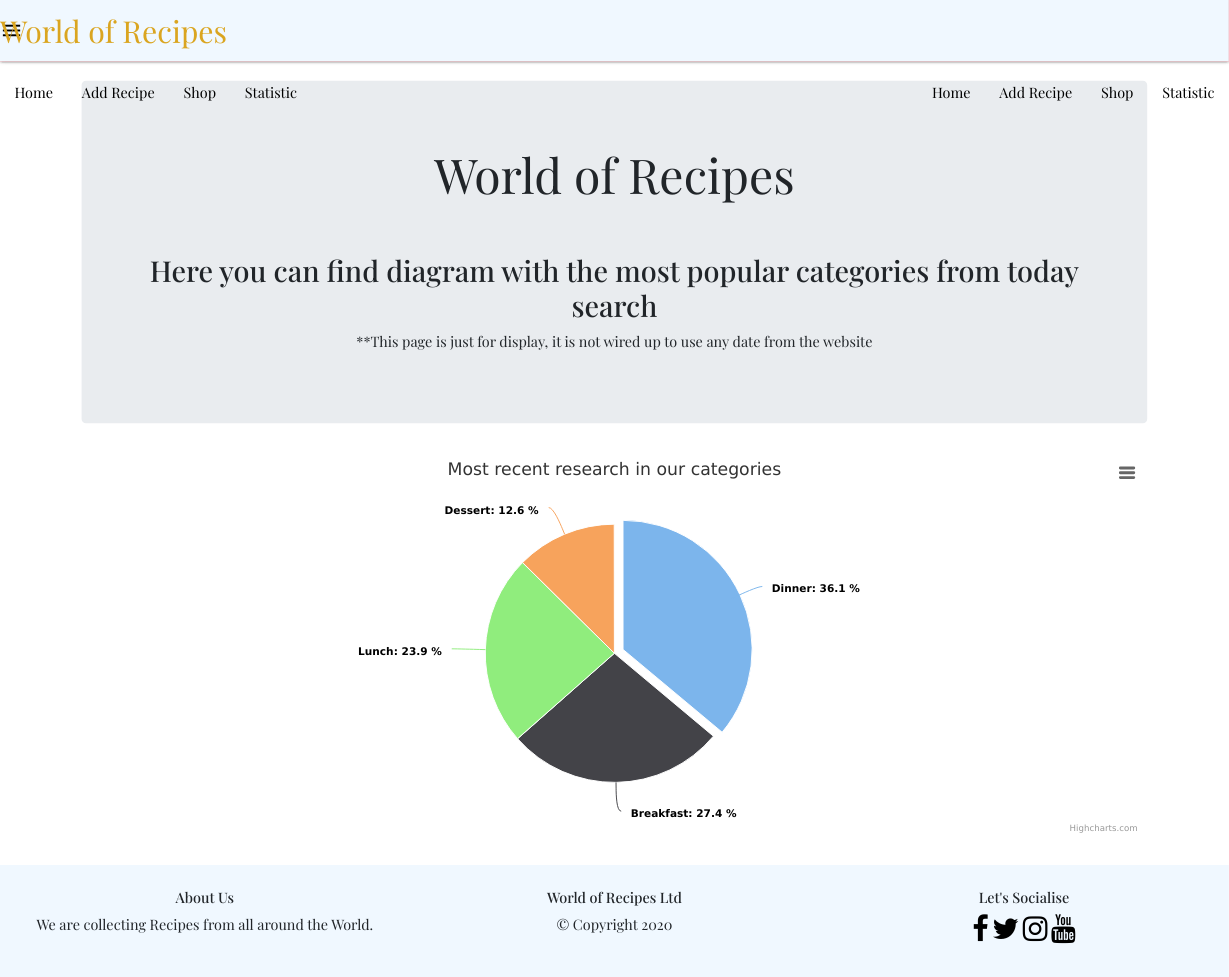
Repository: MarzDell/worldofrecipes
Page: http://localhost/stat
The author's editor kept a record of every edit. The page is drawn from the files as they stood at one moment, then again after the next edit.
The browser window is 1280 px wide. The pictures show the whole page, at 96% of full size.
Some web fonts or font styles are not loaded; a fallback is used. Some web libraries are served in a nearby version. The page is served by the project's application, run on Flask 3 (app.py).

Above is the page before.
Console error: TypeError: $(...).sideNav is not a function

### templates/statistic.html
{% extends 'base.html' %} {% block content %}


<div class='jumbotron text-center'>
    <div class='container'>
        <div class='jumbo-header'><strong>World of Recipes</strong></div>
        <br>
        <br>
        <h2>Here you can find diagram with the most popular categories from today search</h2>
        <p>**This page is just for display, it is not wired up to use any date from the website</p>
    </div>
</div>

<div id='container'></div>


<script src="https://code.highcharts.com/highcharts.js"></script>
<script src="https://code.highcharts.com/modules/exporting.js"></script>
<script src="https://code.highcharts.com/modules/export-data.js"></script>
<script type="text/javascript">

    Highcharts.chart('container', {
        chart: {
            plotBackgroundColor: null,
            plotBorderWidth: null,
            plotShadow: false,
            type: 'pie'
        },
        title: {
            text: 'Most recent research in our categories'
        },
        tooltip: {
            pointFormat:'{series.name}: <b>{point.percentage:.1f}%</b>'
        },
        plotOptions: {
            pie: {
                allowPointSelect: true,
                cursor: 'pointer',
                dataLabels: {
                    enable: true,
                    format: '<b>{point.name}</b>: {point.percentage:.1f} %'
                }
            }
        },
        series: [{
            name: 'Categories',
            colorByPoint: true,
            data: [{
                name: 'Dinner',
                y: 36.10,
                sliced: true,
                selected: true
            }, {
                name: 'Breakfast',
                y: 27.40
            }, {
                name: 'Lunch',
                y: 23.90
            }, {
                name: 'Dessert',
                y: 12.60
            }]
        }]

    });
 </script>



{% endblock %}

### templates/base.html
<!DOCTYPE html>
<html lang="en">
<head>
    <link href="https://fonts.googleapis.com/icon?family=Material+Icons" rel="stylesheet">
    <link rel="stylesheet" href="https://cdnjs.cloudflare.com/ajax/libs/materialize/1.0.0/css/materialize.min.css">
    <link rel="stylesheet" href="https://maxcdn.bootstrapcdn.com/bootstrap/4.0.0/css/bootstrap.min.css" integrity="sha384-Gn5384xqQ1aoWXA+058RXPxPg6fy4IWvTNh0E263XmFcJlSAwiGgFAW/dAiS6JXm" crossorigin="anonymous">
    <link rel="stylesheet" href="https://maxcdn.bootstrapcdn.com/font-awesome/4.7.0/css/font-awesome.min.css" type="text/css" />
    <link rel="stylesheet" href="https://cdnjs.cloudflare.com/ajax/libs/hover.css/2.1.1/css/hover-min.css" type="text/css" />
    <link rel="stylesheet" href="{{ url_for('static', filename='css/style.css') }}" type="text/css" />
</head>
<body>
    <header>
        <div class='navbar-fixed'>
        <nav>
            <div class="nav-wrapper">
                <a href="{{ url_for('index') }}" class="brand-logo">World of Recipes</a>
                <a href='#' data-activates='mobile-demo' class='button-collapse'><i class='material-icons'>menu</i></a>
              <ul id="nav-mobile" class="right hide-on-med-and-down">
                    <li><a href="{{ url_for('view_recipe') }}">Home</a></li>
                    <li><a href="{{ url_for('add_recipe') }}">Add Recipe</a></li>
                    <li><a href="{{ url_for('shop') }}">Shop</a></li>
                    <li><a href="{{ url_for('stat') }}">Statistic</a></li>
                </ul>
                <ul class='side-nav' id='mobile-demo'>
                    <li><a href="{{ url_for('view_recipe') }}">Home</a></li>
                    <li><a href="{{ url_for('add_recipe') }}">Add Recipe</a></li>
                    <li><a href="{{ url_for('shop') }}">Shop</a></li>
                    <li><a href="{{ url_for('stat') }}">Statistic</a></li>
                </ul>
            </div>
        </nav>
        </div>
    </header>
    <div class='container'>
            {% block content %}
            {% endblock %}
    </div>

    <footer class="container-fluid ">
            <div class="row ">
                <div class="col-sm-4 ">
                    <h6 class="general about">About Us</h6>
                    <p class="inline-block ">
                        We are collecting Recipes from all around the World.
                    </p>
                </div>
                <div class="col-sm-4 ">
                    <h6 class="general copyright">World of Recipes Ltd</h6>
                    <p class="inline-block">
                        &copy; Copyright 2020
                    </p>
                </div>
                <div class="col-sm-4 ">
                    <h6 class="general social">Let's Socialise</h6>
                    <ul class="list-inline social-links ">
                        <li><a target="_blank" href="# "><i class="fa fa-facebook "></i></a></li>
                        <li><a target="_blank" href="# "><i class="fa fa-twitter "></i></a></li>
                        <li><a target="_blank" href="# "><i class="fa fa-instagram "></i></a></li>
                        <li><a target="_blank" href="# "><i class="fa fa-youtube "></i></a></li>
                    </ul>
                </div>
            </div>
        </footer>


    <script src="https://cdnjs.cloudflare.com/ajax/libs/jquery/3.4.1/jquery.min.js"></script>
    <script src="https://cdnjs.cloudflare.com/ajax/libs/materialize/1.0.0/js/materialize.min.js"></script>
    <script src="https://maxcdn.bootstrapcdn.com/bootstrap/4.0.0/js/bootstrap.min.js" integrity="sha384-JZR6Spejh4U02d8jOt6vLEHfe/JQGiRRSQQxSfFWpi1MquVdAyjUar5+76PVCmYl"
            crossorigin="anonymous"></script>
    <script type='text/javascript'>
        $(document).ready(function () {
            $('.button-collapse').sideNav();
            $('.modal').modal();
        });
    </script>

</body>
</html>

### app.py
import os
from flask import Flask, render_template, redirect, request, url_for
from flask_pymongo import PyMongo
from bson.objectid import ObjectId
from pymongo import TEXT


app = Flask(__name__)
app.config['MONGO_DBNAME'] = 'recipe_manager'
app.config['MONGO_URI'] = 'mongodb+srv://Cat:Kot@myfirstcluster-tlipu.mongodb.net/recipe_manager?retryWrites=true&w=majority'

mongo = PyMongo(app)

recipes = mongo.db.recipes
the_recipe = mongo.db.recipes
categories = mongo.db.categories

mongo.db.recipes.create_index([('$**', 'text')])

@app.route('/')
@app.route('/index')
def index():
    return render_template('index.html')

@app.route('/shop')
def shop():
    return render_template('shop.html')

@app.route('/view_recipe')
def view_recipe():
    records = list(mongo.db.recipes.find())
    return render_template('view.html', recipes=records)

@app.route('/view_specific/<recipe_id>', methods=['GET', 'POST'])
def view_specific(recipe_id):
    mongo.db.recipes.update({'_id': ObjectId(recipe_id)},
                            {'$inc': {'views': 1}})
    the_recipe = mongo.db.recipes.find_one({'_id': ObjectId(recipe_id)})
    all_categories = mongo.db.categories.find()
    return render_template('individual_recipe.html',
                            recipe=the_recipe, categories=all_categories)

@app.route('/add_recipe')
def add_recipe():
    return render_template('insert.html',
                           categories=mongo.db.categories.find())

@app.route('/insert', methods=['POST'])
def insert():
    recipes = mongo.db.recipes
    payload = request.form.to_dict()
    payload.update({'views': 0})
    recipes.insert_one(payload)
    return redirect(url_for('view_recipe'))


@app.route('/edit/<recipe_id>', methods=['GET', 'POST'])
def edit(recipe_id):
    the_recipe = mongo.db.recipes.find_one
    ({"_id": ObjectId(recipe_id)})
    all_categories = mongo.db.categories.find()
    return render_template('edit_recipe.html', recipe=the_recipe, categories=all_categories)

@app.route('/update/<recipe_id>', methods=['POST'])
def update(recipe_id):
    recipes = mongo.db.recipes
    recipes.update({"_id": ObjectId(recipe_id)}, {
        "img": request.form.get('img'),
        "categories": request.form.get('categories'),
        "title": request.form.get('title'),
        "ingredients": request.form.get('ingredients'),
        "method": request.form.get('method'),
        "nutrition": request.form.get('nutrition'),
        "time": request.form.get('time'),
        "author": request.form.get('author'),
    })
    return redirect( url_for('view_recipe'))


@app.route('/delete/<recipe_id>')
def delete(recipe_id):
    mongo.db.recipes.delete_one({ "_id":ObjectId(recipe_id)})
    return redirect( url_for('view_recipe'))


@app.route('/search', methods=['GET', 'POST'])
def search():
    title = request.form.get('search')
    find = {'$text': {'$search':title}}
    results = mongo.db.recipes.find(find)
    return render_template('view.html', recipes=results, count=results.count())

@app.route('/count/<recipe_id>', methods=['GET', 'POST'])
def count():
    count = mongo.db.recipes.find({'_id': ObjectId(recipe_id)})
    mongo.db.recipes.update({'_id': ObjectId(recipe_id)},
                            {'$inc':{'view': 1}})
    return render_template('view.html', recipe=count)

@app.route('/stat')
def stat():
    return render_template('statistic.html')

if __name__ == '__main__':
    app.run(host=os.environ.get('IP'),
    port=int(os.environ.get('PORT')),
    debug=True)

### static/css/style.css
@import url('https://fonts.googleapis.com/css?family=Playfair Display:100,200,300,400,500,600,700');

body {
    background-color: white;
    margin: 0px;
    padding: 0px;
    font-family: 'Playfair Display' , sans-serif;

}



/***Landing Page***/

.background-container {
    background-image: url('https://newsroom.pinterest.com/sites/default/files/inline-images/Pinterest-100-c-blog-food_0.jpg');
    background-position: center center;
    background-repeat: no-repeat;
    background-attachment: fixed;
    background-size: cover;
    background-color: #f0f8ff;
    height: -webkit-fill-available;
    height: -moz-available;
    height: fill-available;
    width: 100%;

}

.header-landing {
    margin-top: 150px;
    font-size: 100px;
    color: black;
    text-align: center;
    font-family: 'Playfair Display', sans-serif;
    font-weight: 600;
}

.enter-button {

    margin-left: auto;
    margin-right: auto;
    width: 50%;
    font-size: 80px;
    background-color: transparent;

}
.btn {
    background-color: #DAA520;
    font-family: 'Playfair Display', sans-serif;
    color: black;
}

a {
    color: black;
}

a:hover {
    text-decoration: none;
    color: black;
}

/*** Nav***/

.nav-wrapper {
    background-color: #f0f8ff;
}

nav .brand-logo,
nav ul a {
    color:black;
}

nav .brand-logo:hover ,
nav ul a:hover {
    color: #DAA520;
}

nav a  {
    color: black;
}

#sidenav-overlay {
  z-index: 996;
}

.side-nav li {
    display: block;
}
/*** Home Page***/
.header {
    text-align: center;
    font-size: 20px;
    font-family: 'Playfair Display', sans-serif;
    font-weight: 300;
    margin-top: 50px;
}

strong {
    font-size: 50px;
    font-family: 'Playfair Display', sans-serif;
    font-weight: 300;
}

#search {
    text-align: center;
    font-size: 30px;
    font-family: 'Playfair Display', sans-serif;
    font-weight: 400;
    margin-bottom: 15px;
}

#search: after{
    background-color: transparent;
}

.view{
    margin-top:20px;

}


/***Shop Page***/

.background-container-shop {
    background-image: url('https://cdn.dribbble.com/users/2918596/screenshots/6200802/isometric_online_shopping_light_grain.jpg');
    background-position: center center;
    background-repeat: no-repeat;
    background-attachment: fixed;
    background-size: cover;
    background-color: #f0f8ff;
    height: -webkit-fill-available;
    height: -moz-available;
    height: fill-available;
    width: 100%;
}


.shop {
    color: #DAA520;
    text-align: center;
    text-shadow: 2px 2px black;
}


/***Statistic Page***/

.jumbotron {
    margin-top: 20px;
}

/*** Footer***/
footer {
    background-color: #f0f8ff;
    margin: 0 auto;
    position: absolute;
    margin-top: 30px;
    padding-top: 25px;


}

.col-sm-4 {
    text-align: center;
}

.fa {
    font-size: 30px;
}

.col-sm-4 {
    font-family: 'Playfair Display', sans-serif;
    font-weight: 300;
}
li {
    display: inline-block;
}
.fa:hover {
    color: #DAA520;
}



/***Media Queries***/

 @media (max-width: 768px) {
       nav .brand-logo {
           font-size: 15px;
       }
       .jumbo-header {
           font-size: 50px;
           margin-top: 0px;
       }
       #search {
         font-size: 10px;
       }
       .header-landing {
           font-size: 60px;
       }
       .input-field
       .prefix ~ input{
           padding-bottom: 10px;
       }
       .btn {
           font-size: 10px;
       }
   }

After the next edit:
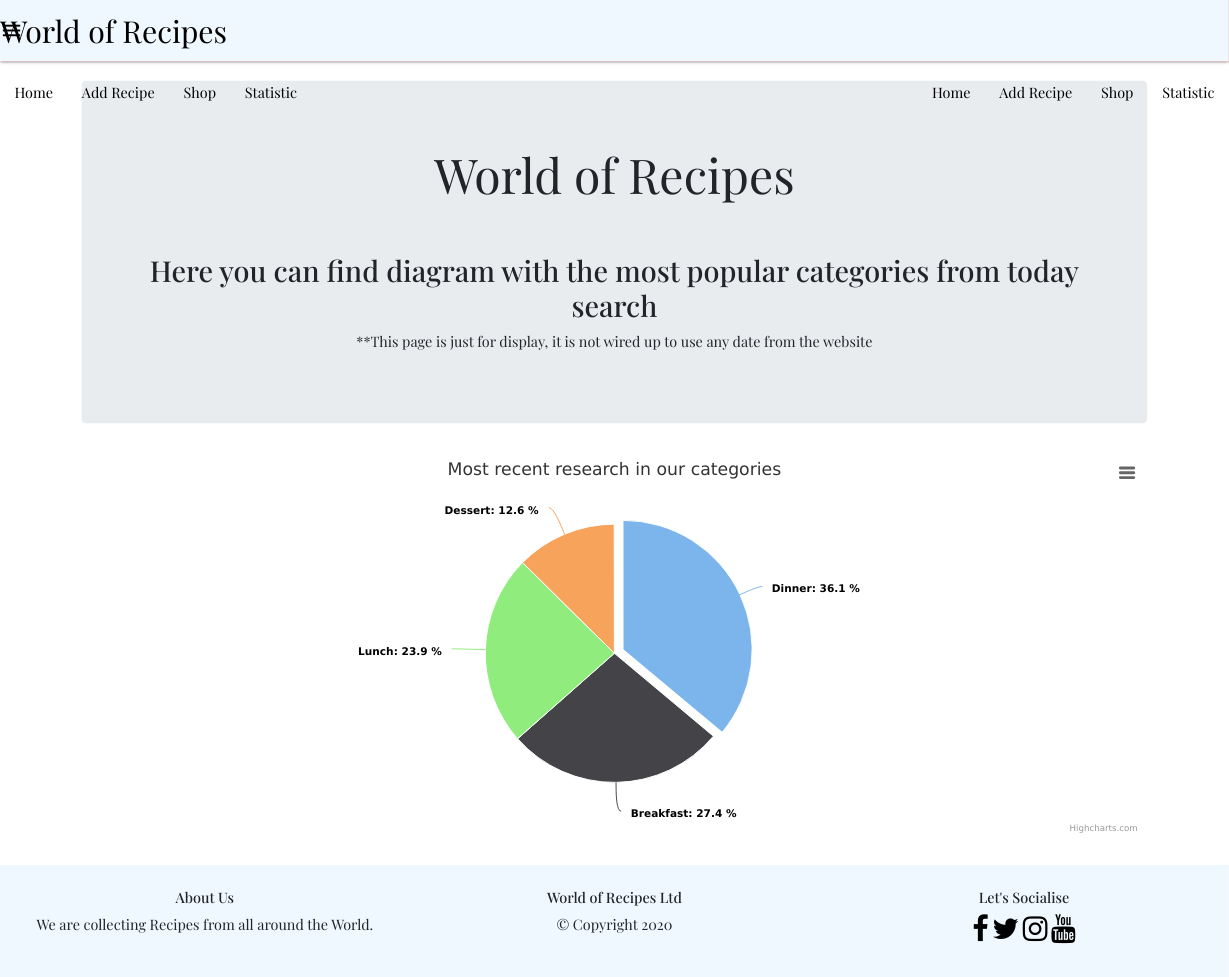
The error is gone.
The edit:
--- a/templates/base.html
+++ b/templates/base.html
@@ -69,7 +69,7 @@
             crossorigin="anonymous"></script>
     <script type='text/javascript'>
         $(document).ready(function () {
-            $('.button-collapse').sideNav();
+            $('.button-collapse').sidenav();
             $('.modal').modal();
         });
     </script>
